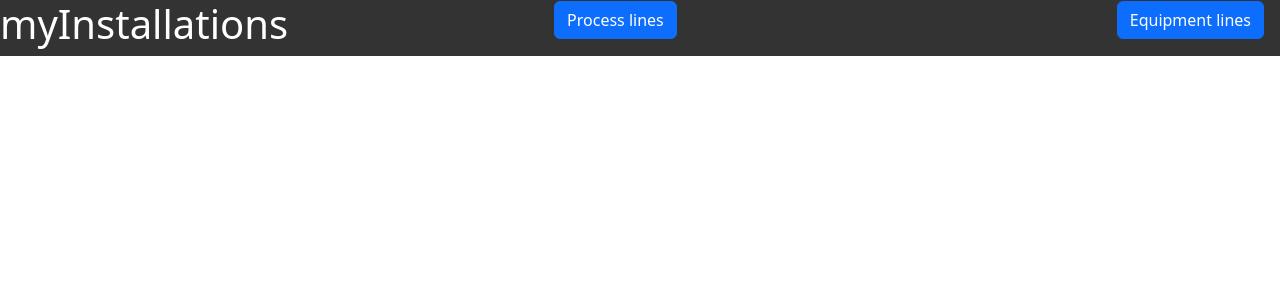
Repository: sreech465/evin3
Page: /equipment
These files come from the project's save history. The page is drawn as it stood at one moment and after the next save; the edit follows.
The browser window is 1280 px wide. The pictures show the whole page.
The page's requests for data from a server got no answer. The project was rebuilt for these pictures with package versions that can differ from the ones it lists, and the page was loaded fresh each time. No one was signed in, and anything a server would have sent is missing. Also part of the build but not shown: src/Login.js, src/Display.js, src/Details.js, src/CustomSearchBar.js, src/Process.js, src/Learning.js, src/ProcessDetails.js, src/EquipDetails.js.

Above is the page before, as saved 2022-10-29 08:17:09.

After the next save:
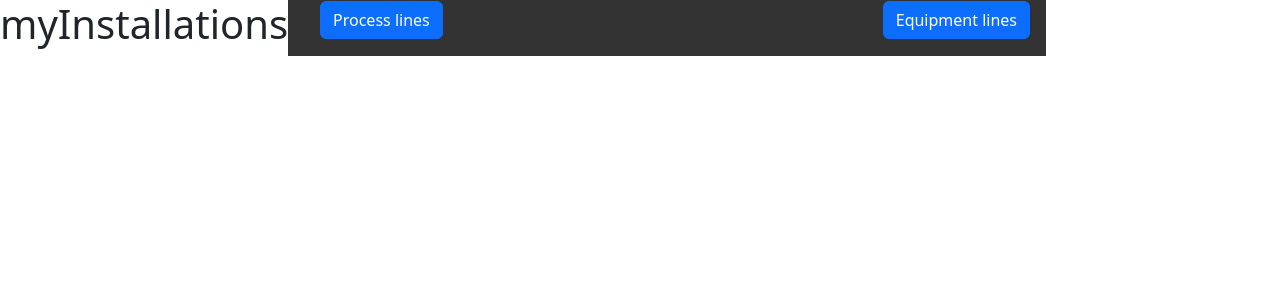
Saved 75 s later.
--- a/src/Headertabs.js
+++ b/src/Headertabs.js
@@ -5,27 +5,29 @@ import { Link } from "react-router-dom";
 const Headertabs = () => {
   return (
     <>
-      <nav className="nav" style={{ display: "flex" }}>
+      <div style={{ display: "flex" }}>
         <h1>myInstallations</h1>
-        <ul
-          style={{
-            textDecoration: "none",
-            display: "flex",
-            justifyContent: "space-around",
-          }}
-        >
-          <li style={{ listStyleType: "none" }}>
-            <Link to="/pdetails">
-              <button className="btn btn-primary">Process lines</button>
-            </Link>
-          </li>
-          <li style={{ listStyleType: "none", marginLeft: 440 }}>
-            <Link to="/equipment">
-              <button className="btn btn-primary">Equipment lines</button>
-            </Link>
-          </li>
-        </ul>
-      </nav>
+        <nav className="nav">
+          <ul
+            style={{
+              textDecoration: "none",
+              display: "flex",
+              justifyContent: "space-around",
+            }}
+          >
+            <li style={{ listStyleType: "none" }}>
+              <Link to="/pdetails">
+                <button className="btn btn-primary">Process lines</button>
+              </Link>
+            </li>
+            <li style={{ listStyleType: "none", marginLeft: 440 }}>
+              <Link to="/equipment">
+                <button className="btn btn-primary">Equipment lines</button>
+              </Link>
+            </li>
+          </ul>
+        </nav>
+      </div>
     </>
   );
 };
